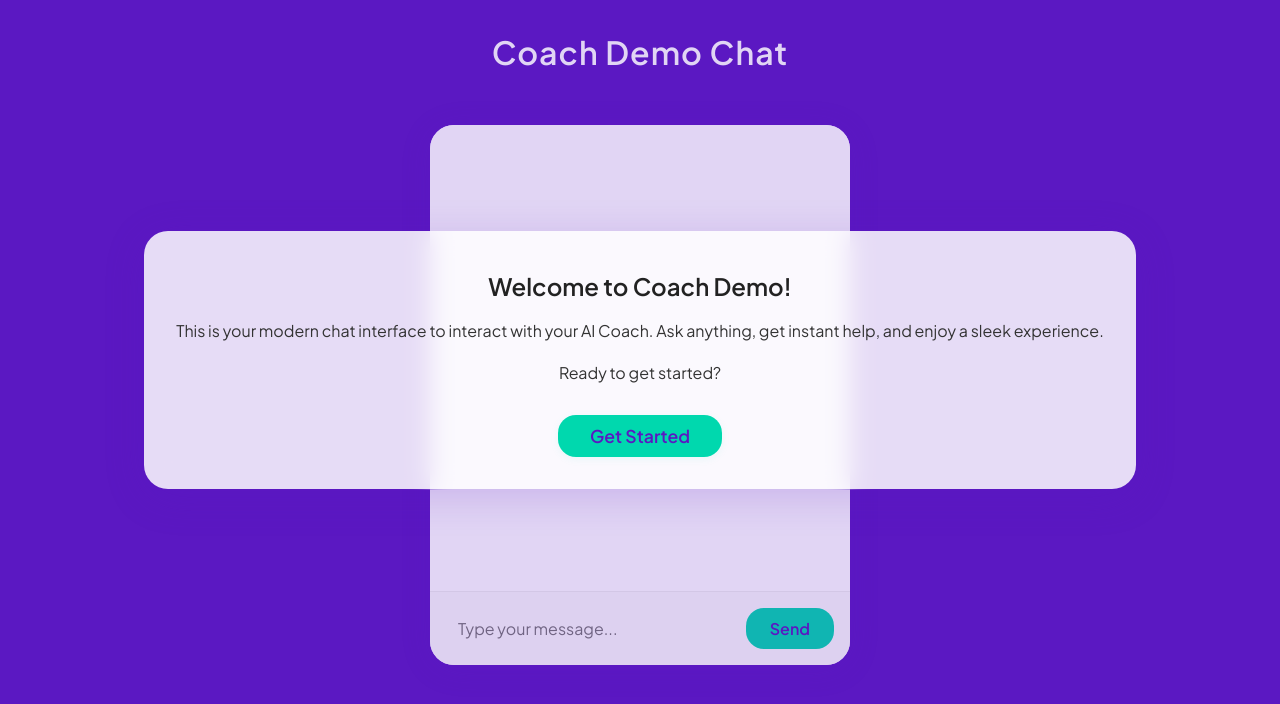
Repository: RemyReurling/spissy-ai-chat
Page: Coach-Demo/index.html
The author's editor kept a copy of each file at every save. The page is drawn from the files as they stood at one save, then again after the next save.
The browser window is 1280 px wide. The pictures show the whole page.

Above is the page before, as saved 2025-07-11 23:04:55.

### Coach-Demo/index.html
<!DOCTYPE html>
<html lang="en">
<head>
  <meta charset="UTF-8" />
  <meta name="viewport" content="width=device-width, initial-scale=1.0" />
  <title>SPISSY, the AI SPIS analyst</title>
  <link href="https://fonts.googleapis.com/css2?family=Plus+Jakarta+Sans:wght@400;600&display=swap" rel="stylesheet">
  <style>
    :root {
      --main-color: #5B18C2;
      --accent-color: #00D8AE;
      --font-family: 'Plus Jakarta Sans', 'Open Sans', Arial, sans-serif;
      --modal-bg: rgba(255,255,255,0.85);
      --modal-blur: blur(12px);
      --modal-font: #222;
    }
    body {
      margin: 0;
      background: var(--main-color);
      font-family: var(--font-family);
      color: #fff;
      min-height: 100vh;
      display: flex;
      flex-direction: column;
      align-items: center;
    }
    h1 {
      margin-top: 32px;
      font-weight: 600;
      letter-spacing: 1px;
    }
    .chat-container {
      background: #fff;
      border-radius: 24px;
      box-shadow: 0 4px 32px rgba(91,24,194,0.12);
      width: 100%;
      max-width: 420px;
      min-height: 540px;
      margin: 32px 0;
      display: flex;
      flex-direction: column;
      overflow: hidden;
    }
    .messages {
      flex: 1;
      padding: 24px;
      overflow-y: auto;
      background: #fff;
      color: #222;
      font-size: 1.08rem;
      display: flex;
      flex-direction: column;
      gap: 18px;
    }
    .message.user {
      align-self: flex-end;
      background: var(--accent-color);
      color: var(--main-color);
      padding: 10px 18px;
      border-radius: 18px 18px 4px 18px;
      max-width: 80%;
      font-weight: 600;
    }
    .message.assistant {
      align-self: flex-start;
      background: #f3f3f3;
      color: #222;
      padding: 10px 18px;
      border-radius: 18px 18px 18px 4px;
      max-width: 80%;
    }
    .chat-input {
      display: flex;
      border-top: 1px solid #eee;
      background: #fafafa;
      padding: 16px;
    }
    .chat-input input {
      flex: 1;
      border: none;
      outline: none;
      font-size: 1rem;
      font-family: var(--font-family);
      background: transparent;
      color: #222;
      padding: 10px 12px;
    }
    .chat-input button {
      background: var(--accent-color);
      color: var(--main-color);
      border: none;
      border-radius: 18px;
      padding: 10px 24px;
      font-size: 1rem;
      font-family: var(--font-family);
      font-weight: 600;
      cursor: pointer;
      transition: background 0.2s;
    }
    .chat-input button:hover {
      background: #00c09c;
    }
    /* Onboarding Modal */
    .modal {
      position: fixed;
      top: 0; left: 0; right: 0; bottom: 0;
      display: flex;
      align-items: center;
      justify-content: center;
      background: rgba(91,24,194,0.18);
      z-index: 1000;
    }
    .modal-content {
      background: var(--modal-bg);
      color: var(--modal-font);
      border-radius: 24px;
      box-shadow: 0 8px 40px rgba(91,24,194,0.18);
      padding: 40px 32px 32px 32px;
      min-width: 320px;
      max-width: 90vw;
      backdrop-filter: var(--modal-blur);
      -webkit-backdrop-filter: var(--modal-blur);
      text-align: center;
    }
    .modal-content h2 {
      margin-top: 0;
      font-weight: 600;
    }
    .modal-content p {
      color: #333;
      margin-bottom: 32px;
    }
    .modal-content button {
      background: var(--accent-color);
      color: var(--main-color);
      border: none;
      border-radius: 18px;
      padding: 10px 32px;
      font-size: 1.1rem;
      font-family: var(--font-family);
      font-weight: 600;
      cursor: pointer;
      box-shadow: 0 2px 8px rgba(0,216,174,0.08);
      transition: background 0.2s;
    }
    .modal-content button:hover {
      background: #00c09c;
    }
    @media (max-width: 600px) {
      .chat-container {
        max-width: 100vw;
        min-height: 70vh;
        border-radius: 0;
      }
      .modal-content {
        min-width: 0;
        padding: 24px 8px 16px 8px;
      }
    }
  </style>
</head>
<body>
  <h1>Coach Demo Chat</h1>
  <div class="chat-container">
    <div class="messages" id="messages"></div>
    <form class="chat-input" id="chat-form" autocomplete="off">
      <input type="text" id="user-input" placeholder="Type your message..." required />
      <button type="submit">Send</button>
    </form>
  </div>
  <div class="modal" id="onboarding-modal" style="display:none;">
    <div class="modal-content">
      <h2>Welcome to Coach Demo!</h2>
      <p>This is your modern chat interface to interact with your AI Coach. Ask anything, get instant help, and enjoy a sleek experience.<br/><br/>Ready to get started?</p>
      <button id="close-modal">Get Started</button>
    </div>
  </div>
  <script>
    // Onboarding modal logic
    const modal = document.getElementById('onboarding-modal');
    const closeModalBtn = document.getElementById('close-modal');
    if (!localStorage.getItem('onboarded')) {
      modal.style.display = 'flex';
    }
    closeModalBtn.onclick = () => {
      modal.style.display = 'none';
      localStorage.setItem('onboarded', '1');
    };

    // Chat logic
    const messagesDiv = document.getElementById('messages');
    const chatForm = document.getElementById('chat-form');
    const userInput = document.getElementById('user-input');

    function addMessage(text, sender) {
      const msg = document.createElement('div');
      msg.className = 'message ' + sender;
      msg.textContent = text;
      messagesDiv.appendChild(msg);
      messagesDiv.scrollTop = messagesDiv.scrollHeight;
    }

    async function streamAssistantMessage(prompt) {
      // Add user message
      addMessage(prompt, 'user');
      // Add assistant message placeholder
      const msg = document.createElement('div');
      msg.className = 'message assistant';
      messagesDiv.appendChild(msg);
      messagesDiv.scrollTop = messagesDiv.scrollHeight;
      // Stream from OpenAI API
      try {
        const apiKey = window.OPENAI_API_KEY || '';
        const response = await fetch('https://api.openai.com/v1/chat/completions', {
          method: 'POST',
          headers: {
            'Content-Type': 'application/json',
            'Authorization': `Bearer ${apiKey}`,
          },
          body: JSON.stringify({
            model: 'gpt-3.5-turbo',
            messages: [{role: 'user', content: prompt}],
            stream: true
          })
        });
        if (!response.body) throw new Error('No response body');
        const reader = response.body.getReader();
        let buffer = '';
        while (true) {
          const { done, value } = await reader.read();
          if (done) break;
          buffer += new TextDecoder().decode(value);
          // Parse stream chunks for OpenAI format
          const lines = buffer.split('\n');
          buffer = lines.pop();
          for (const line of lines) {
            if (line.startsWith('data: ')) {
              const data = line.replace('data: ', '').trim();
              if (data === '[DONE]') break;
              try {
                const json = JSON.parse(data);
                const content = json.choices?.[0]?.delta?.content;
                if (content) {
                  msg.textContent += content;
                  messagesDiv.scrollTop = messagesDiv.scrollHeight;
                }
              } catch {}
            }
          }
        }
      } catch (e) {
        msg.textContent = 'Error: ' + e.message;
      }
    }

    chatForm.onsubmit = async (e) => {
      e.preventDefault();
      const prompt = userInput.value.trim();
      if (!prompt) return;
      userInput.value = '';
      await streamAssistantMessage(prompt);
    };
  </script>
</body>
</html>

After the next save:
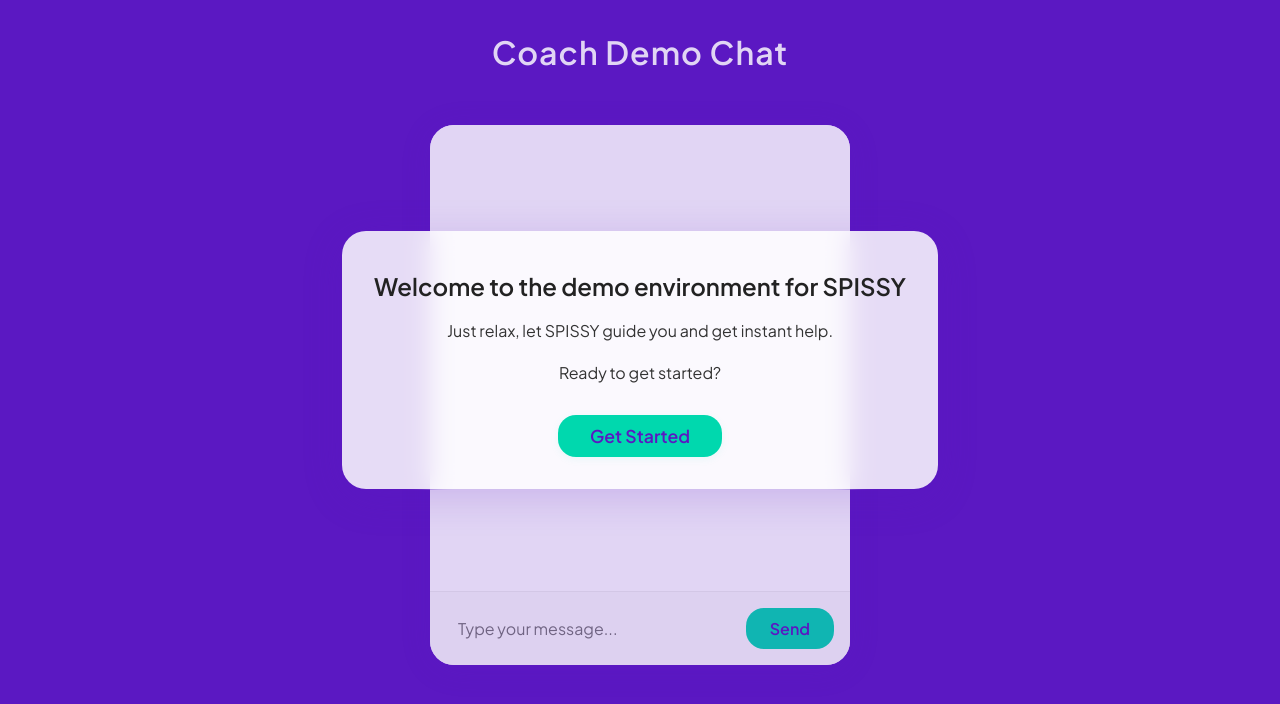
Saved 103 s later.
--- a/Coach-Demo/index.html
+++ b/Coach-Demo/index.html
@@ -170,8 +170,8 @@
   </div>
   <div class="modal" id="onboarding-modal" style="display:none;">
     <div class="modal-content">
-      <h2>Welcome to Coach Demo!</h2>
-      <p>This is your modern chat interface to interact with your AI Coach. Ask anything, get instant help, and enjoy a sleek experience.<br/><br/>Ready to get started?</p>
+      <h2>Welcome to the demo environment for SPISSY</h2>
+      <p>Just relax, let SPISSY guide you and get instant help.<br/><br/>Ready to get started?</p>
       <button id="close-modal">Get Started</button>
     </div>
   </div>
